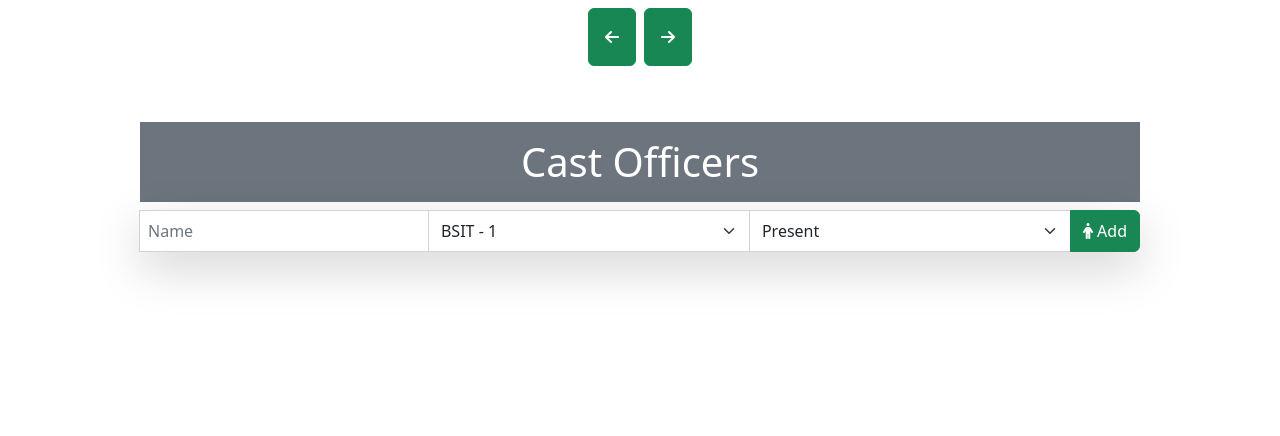
Repository: FRANZSAIJEM/livewire
Page: /second
The author's editor kept a copy of each file at every save. The page is drawn from the files as they stood at one save, then again after the next save.
The browser window is 1280 px wide. The pictures show the whole page.
The page's requests for data from a server got no answer. Some web libraries are served in a nearby version. The project was rebuilt for these pictures with package versions that can differ from the ones it lists, and the page was loaded fresh each time. No one was signed in, and anything a server would have sent is missing. Also part of the build but not shown: vite.config.ts.

Above is the page before, as saved 2023-02-18 08:00:35.

### index.html
<!DOCTYPE html>
<html lang="en">
  <head>
    <meta charset="UTF-8">
    <link rel="icon" href="/favicon.ico">
    <meta name="viewport" content="width=device-width, initial-scale=1.0">
    <link href="https://cdn.jsdelivr.net/npm/bootstrap@5.0.2/dist/css/bootstrap.min.css" rel="stylesheet" integrity="sha384-EVSTQN3/azprG1Anm3QDgpJLIm9Nao0Yz1ztcQTwFspd3yD65VohhpuuCOmLASjC" crossorigin="anonymous">
    <link rel="stylesheet" href="https://cdnjs.cloudflare.com/ajax/libs/font-awesome/6.3.0/css/all.min.css" integrity="sha512-SzlrxWUlpfuzQ+pcUCosxcglQRNAq/DZjVsC0lE40xsADsfeQoEypE+enwcOiGjk/bSuGGKHEyjSoQ1zVisanQ==" crossorigin="anonymous" referrerpolicy="no-referrer" />
    <title>Vite App</title>
  </head>
  <body class="bg-white">
    <div id="app"></div>
    <script type="module" src="/src/main.ts"></script>
  </body>
</html>

### src/main.ts
import { createApp } from "vue";
import { createPinia } from "pinia";

import App from "./App.vue";
import router from "./router";
import "bootstrap/dist/css/bootstrap.min.css"
import bootstrap from "bootstrap/dist/js/bootstrap.bundle.js"

import "./assets/main.css";

const app = createApp(App);

app.use(createPinia());
app.use(router);

app.mount("#app");

### src/App.vue
<script setup>
import { RouterLink, RouterView } from 'vue-router'
</script>

<template>


<RouterView />
</template>

<style scoped>
#navbar {
  background-color: 	#4682B4 !important;
}
</style>

### src/router/index.js
import { createRouter, createWebHistory } from "vue-router";


const router = createRouter({
  history: createWebHistory(import.meta.env.BASE_URL),
  routes: [
    {
      path: '/',
      name: 'home',
      component: () => import('../views/HomeView.vue')
    },

    {
      path: '/second',
      name: 'secondPage',
      component: () => import('../views/SecondPageView.vue')
    },
    {
      path: "/edit/:id",
      name: "edit",
      component: () => import('../views/EditView.vue'),
      props: true
    },

  ],
});

export default router;

### src/views/SecondPageView.vue
<template>
    <div class="body">
      <div class="d-inline-flex m-1">

        <RouterLink to="/" class="btn btn-success m-1 p-3"> <i class="fa fa-arrow-left"></i> </RouterLink>
        <RouterLink to="/second" class="btn btn-success m-1 p-3"> <i class=" fa fa-arrow-right"></i> </RouterLink>

      </div>

      <div class="content mt-5">



        <h1 class="bg-secondary p-3 text-center text-white">Cast Officers</h1>
        <div class="input-group mb-5 shadow-lg">
          <form action="">


          </form>
        <input v-model="newNameInput" type="text" name="" id="" class="form-control p-2" placeholder="Name">

        <select v-model="newYearInput" name="" id="" class="form-select">
          <option value="BSIT - 1">BSIT - 1</option>
          <option value="BSIT - 2">BSIT - 2</option>
          <option value="BSIT - 3">BSIT - 3</option>
          <option value="BSIT - 4">BSIT - 4</option>
        </select>


        <select v-model="newAttendanceInput" name="" id="" class="form-select" typeof="text">
          <option value="Present">Present</option>
          <option value="Absent">Absent</option>
          <option value="Late">Late</option>
        </select>

        <button @click="addAttendance()" class="btn btn-success"><i class="fa fa-person"></i> Add</button>
      </div>

      <div v-for="attendance in attendances" :key="attendance.attendances" class="text-center">
        <div class="card-body">
          <div class="row">
            <table class="table table-striped table-bordered shadow-sm">
              <thead>
                <tr class="bg-secondary text-white">
                  <th>
                   Name
                  </th>
                  <th>
                   Year
                  </th>
                  <th>
                   Attendance
                  </th>
                  <th>
                   Action
                  </th>
                </tr>
              </thead>
              <tbody>
                <tr>
                  <td>
                    {{ attendance.name }}
                  </td>
                  <td>
                    {{ attendance.year }}
                  </td>
                  <td>
                    {{ attendance.attendance }}
                  </td>
                  <td>

                    <RouterLink :to="{ name: 'edit', params: { id: attendance.id }}" class="text-secondary" id="edit">
                        <button class="btn btn-success"><i class="fa fa-edit"></i> Edit</button>
                      </RouterLink>

                      <button class="btn btn-danger m-2 edit-button" data-bs-toggle="modal" data-bs-target="#exampleModal"> <i class="fa fa-remove"></i> Delete</button>

                  </td>
                </tr>
              </tbody>

            </table>

          </div>

        </div>

        <div class="modal fade" id="exampleModal" tabindex="-1" aria-labelledby="exampleModalLabel" aria-hidden="true">
                <div class="modal-dialog">
                  <div class="modal-content">
                    <div class="modal-header">
                      <h1 class="modal-title fs-5" id="exampleModalLabel">Delete Student</h1>
                      <button type="button" class="btn-close" data-bs-dismiss="modal" aria-label="Close"></button>
                    </div>
                    <div class="modal-body">
                      <h1>Are you sure you want to delete this student?</h1>
                    </div>
                    <div class="modal-footer">
                      <button type="button" class="btn btn-warning" data-bs-dismiss="modal"> <i class="fa fa-cancel"></i> Cancel</button>
                      <button @click="removeAttendance(attendance.id)" class="btn btn-danger m-2" data-bs-dismiss="modal"> <i class="fa fa-remove"></i> Yes</button>
                    </div>
                  </div>
                </div>
              </div>


              <div class="modal fade" id="editModal" tabindex="-1" aria-labelledby="editModalLabel" aria-hidden="true">
                <div class="modal-dialog">
                  <div class="modal-content">
                    <div class="modal-header">
                      <h1 class="modal-title fs-5" id="editModalLabel">Delete Student</h1>
                      <button type="button" class="btn-close" data-bs-dismiss="modal" aria-label="Close"></button>
                    </div>
                    <div class="modal-body">
                      <form>
                          <div class="mb-3">
                          <label for="name" class="col-form-label">Name: </label>
                          <input v-model="newNameInput" type="text" name="" id="" class="form-control p-2" placeholder="Name">
                          </div>


                          <div class="mb-3">
                          <label for="year" class="col-form-label">Year: </label>
                          <select v-model="newYearInput" name="" id="year" class="form-select">
                          <option value="BSIT - 1">BSIT - 1</option>
                          <option value="BSIT - 2">BSIT - 2</option>
                          <option value="BSIT - 3">BSIT - 3</option>
                          <option value="BSIT - 4">BSIT - 4</option>
                          </select>
                          </div>

                          <div class="mb-3">
                          <label for="attendance" class="col-form-label">Attendance: </label>
                          <select v-model="newAttendanceInput" name="" id="attendance" class="form-select" typeof="text">
                          <option value="Present">Present</option>
                          <option value="Absent">Absent</option>
                          <option value="Late">Late</option>
                          </select>
                      </div>

                      </form>
                    </div>
                    <div class="modal-footer">
                      <button type="button" class="btn btn-warning" data-bs-dismiss="modal"> <i class="fa fa-cancel"></i> Cancel</button>
                      <button @click="updateTask()" class="btn btn-danger m-2" data-bs-dismiss="modal"> <i class="fa fa-remove"></i> Yes</button>
                    </div>
                  </div>
                </div>
              </div>
      </div>




      </div>

    </div>

  </template>
  <script setup>
  import {ref, onMounted} from 'vue'
  import {db} from '../firebase/index.js'
  import {addDoc, collection, onSnapshot,deleteDoc, doc, updateDoc} from "firebase/firestore";
  import { RouterLink, RouterView } from 'vue-router'
  import { useRouter } from 'vue-router'



  onMounted(async()=>{
    const q = (collection(db, "attendance2"));

    onSnapshot(q,(querySnapshot)=> {


      const attendancesTmp = []


    querySnapshot.forEach((doc) => {

      const attendance = {
        id: doc.id,
        name: doc.data().name,
        year: doc.data().year,
        attendance: doc.data().attendance,
        completed: doc.data().completed
      }

      attendancesTmp.push(attendance)
    });
    attendances.value = attendancesTmp
    })
  })





  const newNameInput = ref('')
  const newYearInput = ref('BSIT - 1')
  const newAttendanceInput = ref('Present')

  const attendances = ref([])
  const id = ref(1)








  const addAttendance = async () => {
    if (newNameInput.value != '' && newYearInput.value != '' && newAttendanceInput.value != ''){

      await addDoc(collection(db,"attendance2"),{
        name:newNameInput.value,
        year: newYearInput.value,
        attendance: newAttendanceInput.value,
        completed: false
      })
      newNameInput.value = ''
      newYearInput.value = 'BSIT - 1'
      newAttendanceInput.value = 'Present'
    }
  }



  const removeAttendance = (id) => {
    deleteDoc(doc(db,"attendance2",id));
  }




  </script>

  <style>
  .content{
    width: 1000px;
  }
  .body{
    display: grid;
    place-items: center;
  }
  .line-through{
    text-decoration: line-through;
  }
  </style>

### src/Firebase/index.js
// Import the functions you need from the SDKs you need
import { initializeApp } from "firebase/app";
import { getFirestore } from "firebase/firestore";
// TODO: Add SDKs for Firebase products that you want to use
// https://firebase.google.com/docs/web/setup#available-libraries

// Your web app's Firebase configuration
// For Firebase JS SDK v7.20.0 and later, measurementId is optional
const firebaseConfig = {
  apiKey: "AIzaSyAMX2o86vjz4t0_o5yzBAC3be4yvcYFosY",
  authDomain: "mejiasfirebase.firebaseapp.com",
  projectId: "mejiasfirebase",
  storageBucket: "mejiasfirebase.appspot.com",
  messagingSenderId: "186163636848",
  appId: "1:186163636848:web:b2eff6247b796bf2f162b5",
  measurementId: "G-HE38LXTCYT"
};

// Initialize Firebase
const app = initializeApp(firebaseConfig);
const db = getFirestore(app);

export {db}

Loaded but not shown: src/assets/main.css (no stored copy; drawn as an empty file)

After the next save:
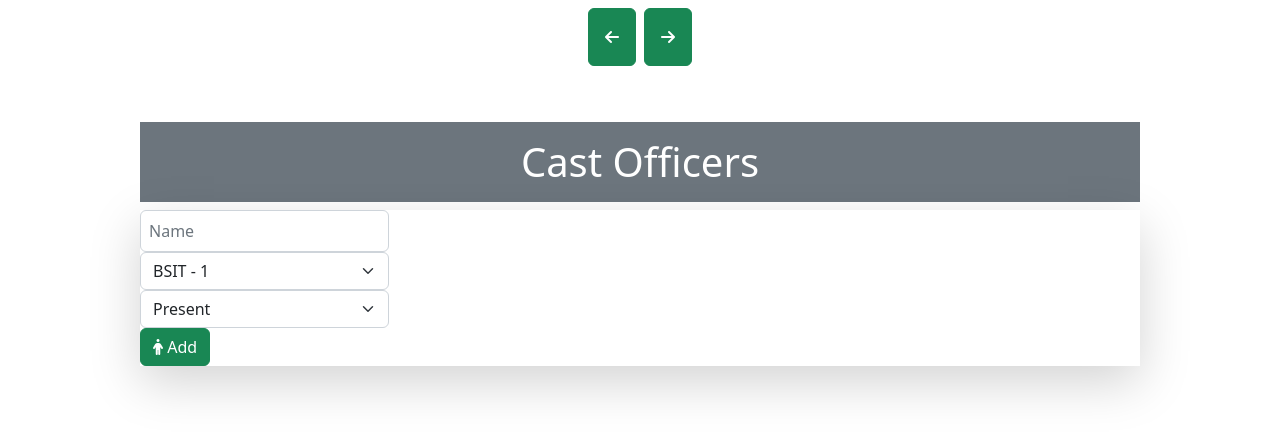
Saved 12 s later.
--- a/src/views/SecondPageView.vue
+++ b/src/views/SecondPageView.vue
@@ -14,26 +14,26 @@
         <h1 class="bg-secondary p-3 text-center text-white">Cast Officers</h1>
         <div class="input-group mb-5 shadow-lg">
           <form action="">
-
+            <input v-model="newNameInput" type="text" name="" id="" class="form-control p-2" placeholder="Name">
+
+     <select v-model="newYearInput" name="" id="" class="form-select">
+       <option value="BSIT - 1">BSIT - 1</option>
+       <option value="BSIT - 2">BSIT - 2</option>
+       <option value="BSIT - 3">BSIT - 3</option>
+       <option value="BSIT - 4">BSIT - 4</option>
+     </select>
+
+
+     <select v-model="newAttendanceInput" name="" id="" class="form-select" typeof="text">
+       <option value="Present">Present</option>
+       <option value="Absent">Absent</option>
+       <option value="Late">Late</option>
+     </select>
+
+     <button @click="addAttendance()" class="btn btn-success"><i class="fa fa-person"></i> Add</button>
 
           </form>
-        <input v-model="newNameInput" type="text" name="" id="" class="form-control p-2" placeholder="Name">
-
-        <select v-model="newYearInput" name="" id="" class="form-select">
-          <option value="BSIT - 1">BSIT - 1</option>
-          <option value="BSIT - 2">BSIT - 2</option>
-          <option value="BSIT - 3">BSIT - 3</option>
-          <option value="BSIT - 4">BSIT - 4</option>
-        </select>
-
-
-        <select v-model="newAttendanceInput" name="" id="" class="form-select" typeof="text">
-          <option value="Present">Present</option>
-          <option value="Absent">Absent</option>
-          <option value="Late">Late</option>
-        </select>
-
-        <button @click="addAttendance()" class="btn btn-success"><i class="fa fa-person"></i> Add</button>
+
       </div>
 
       <div v-for="attendance in attendances" :key="attendance.attendances" class="text-center">
